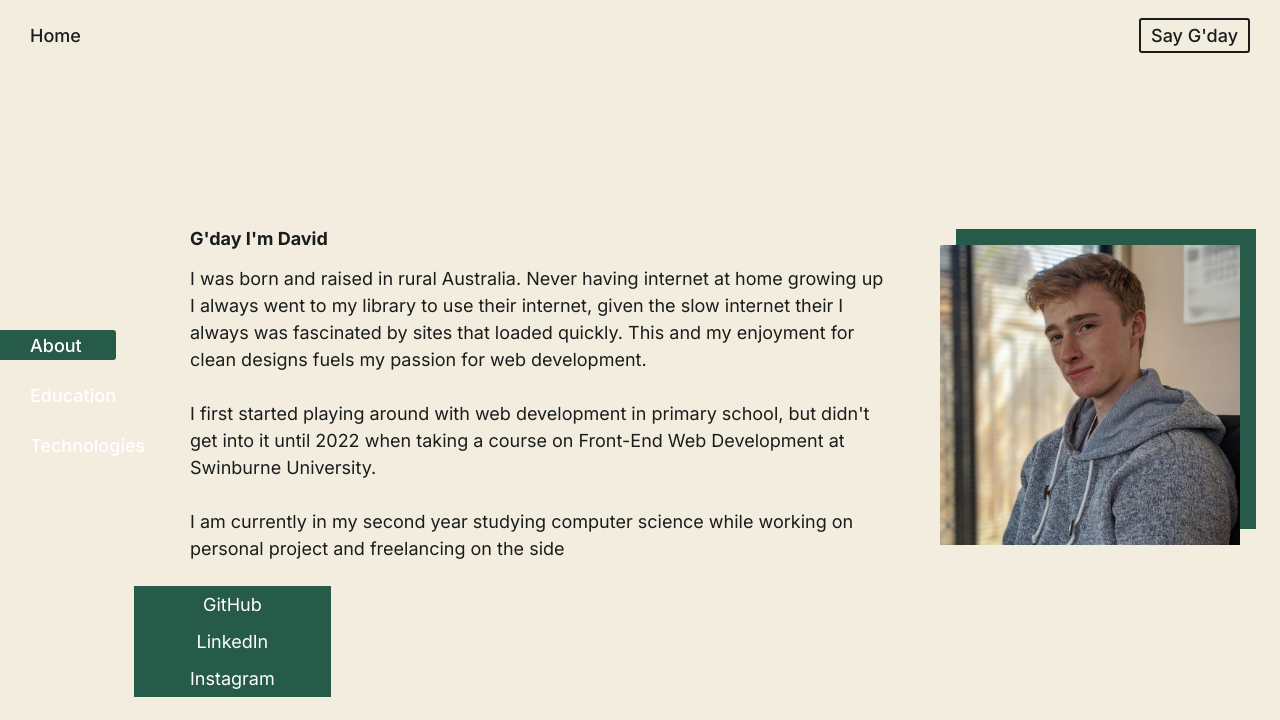
Repository: David-Waite/David-Waite-Portfolio
Page: /about
These files come from the project's save history. The page is drawn as it stood at one moment and after the next save; the edit follows.
The browser window is 1280 px wide. The pictures show the whole page.
The project was rebuilt for these pictures with package versions that can differ from the ones it lists, and the page was loaded fresh each time. The framework's server and built-in components were replaced by stand-ins that run in the browser. Also part of the build but not shown: next.config.js.

Above is the page before, as saved 2023-07-27 16:01:58.

### app/layout.tsx
import "./globals.css";
import type { Metadata } from "next";
import { Inter } from "next/font/google";
import NavBar from "./components/Nav/NavBar/NavBar";

const inter = Inter({ subsets: ["latin"] });

export const metadata: Metadata = {
  title: "David Waite | Web Developer",
  description: `David Waite. Web Developer. I like to create simple clean websites that gets the user to where they wanna go without the clutter.`,
};

export default function RootLayout({
  children,
}: {
  children: React.ReactNode;
}) {
  return (
    <html lang="en">
      <body className={inter.className}>
        <NavBar />
        {children}
      </body>
    </html>
  );
}

### app/about/page.tsx
import AboutMain from "../components/About/AboutMain";

import { Metadata, NextPage } from "next/types";

export const metadata: Metadata = {
  title: "David Waite | About ",
};

export default function About() {
  return (
    <div>
      <AboutMain />
    </div>
  );
}

### app/globals.css
:root {
  --primary: #255b48;
  --black: #191d1b;
  --background: #f3eddf;
  --white: #ffffff;
  --grey: #606060;
  --error: #a83c23;
}

.paragraph {
  font-size: 18px;
  font-style: normal;
  font-weight: 400;
  line-height: 25.2px;
  color: var(--black);
}

body {
  background-color: var(--background);
}

* {
  padding: 0;
  margin: 0;
  box-sizing: border-box;
}

### app/components/Nav/NavBar/NavBar.tsx
"use client";
import NavButton from "../NavButton/NavButton";
import styles from "./navBar.module.css";
import { usePathname } from "next/navigation";

import Link from "next/link";

export default function NavBar() {
  const currentRoute = usePathname();

  return (
    <nav className={styles.container}>
      <Link
        className={styles.link}
        href={`./${currentRoute === "/" ? "about" : "/"}`}
      >
        {currentRoute === "/" ? "About" : "Home"}
      </Link>

      {currentRoute !== "/contact" && <NavButton />}
    </nav>
  );
}

### app/components/About/AboutMain.tsx
"use client";

import Image from "next/image";
import styles from "./About.module.css";

import { useState } from "react";
import Menu from "./Menu/Menu";

export default function AboutMain() {
  const [selected, setSelected] = useState({
    about: true,
    education: false,
    technologies: false,
  });

  function handleClick(select: string) {
    setSelected(() => {
      return {
        about: select === "about" ? true : false,
        education: select === "education" ? true : false,
        technologies: select === "technologies" ? true : false,
      };
    });
  }

  const AboutText = (
    <>
      <h1 id="aboutHeading">G&apos;day I&apos;m David</h1>
      <p className={styles.description}>
        I was born and raised in rural Australia. Never having internet at home
        growing up I always went to my library to use their internet, given the
        slow internet their I always was fascinated by sites that loaded
        quickly. This and my enjoyment for clean designs fuels my passion for
        web development.
        <br />
        <br /> I first started playing around with web development in primary
        school, but didn&apos;t get into it until 2022 when taking a course on
        Front-End Web Development at Swinburne University.
        <br />
        <br /> I am currently in my second year studying computer science while
        working on personal project and freelancing on the side
      </p>
    </>
  );

  const EducationText = (
    <>
      <h1 id="aboutHeading">My Education</h1>
      <ul className={`${styles.description} ${styles.descriptionList} `}>
        <li>
          CT50220 Dimploma of Information Technology (Front End Web Development)
          | 2022
        </li>
        <li>BA-CS Bachelor of Computer Science | 2023 - current</li>
        <li>Front end developer career path (72hrs) | Scrimba (online)</li>
        <li>
          React Native - The Practical Guide 2022 (26hrs) | Udemy (online)
        </li>
        <li>
          C# Basics for Beginners: Learn C# Fundamentals by Coding (6hrs) |
          Udemy (online)
        </li>
        <li>
          C# Intermediate: Classes, Interfaces and OOP (6hrs) | Udemy (online)
        </li>
      </ul>
    </>
  );
  const TechnologiesText = (
    <>
      <h1 id="aboutHeading">What I&apos;m confortable with</h1>
      <ul className={`${styles.description} ${styles.descriptionList} `}>
        <li>HTML</li>
        <li>CSS</li>
        <li>Next.Js</li>
        <li>Contentful</li>
        <li>React.Js</li>
        <li>JavaScript</li>
        <li>C#</li>
      </ul>
    </>
  );

  let textContent;

  if (selected.about) {
    textContent = AboutText;
  }
  if (selected.technologies) {
    textContent = TechnologiesText;
  }
  if (selected.education) {
    textContent = EducationText;
  }
  return (
    <main className={styles.container}>
      <Menu selected={selected} onClick={handleClick} mobile={false} />
      <div className={styles.content}>
        <div className={styles.textContainer}>
          <div className={styles.paragraphContainer}>{textContent}</div>
          <div className={`${styles.desktopLink} ${styles.links}`}>
            <a href="https://github.com/David-Waite" target="_blank">
              GitHub
            </a>
            <a href="www.linkedin.com/in/davidwaitedev" target="_blank">
              LinkedIn
            </a>
            <a href="https://www.instagram.com/david__waite/" target="_blank">
              Instagram
            </a>
          </div>
        </div>

        <div className={styles.imageContainer}>
          <Image
            src="/aboutMe.jpg"
            fill={true}
            alt="David"
            priority
            blurDataURL="data:[embedded picture, 1451 characters]"
            placeholder="blur"
          />
        </div>
      </div>
      <div className={styles.moblieLinkContainer}>
        <Menu selected={selected} onClick={handleClick} mobile={true} />
        <div className={`${styles.moblieLink} ${styles.links}`}>
          <a href="https://github.com/David-Waite" target="_blank">
            GitHub
          </a>
          <a href="www.linkedin.com/in/davidwaitedev" target="_blank">
            LinkedIn
          </a>
          <a href="https://www.instagram.com/david__waite/" target="_blank">
            Instagram
          </a>
        </div>
      </div>
    </main>
  );
}

### app/components/Nav/NavButton/NavButton.tsx
import styles from "./navButton.module.css";

import Link from "next/link";

export default function NavButton() {
  return (
    <Link className={styles.container} href={"./contact"}>
      Say G&apos;day
    </Link>
  );
}

### app/components/Nav/NavBar/navBar.module.css
.container {
  display: flex;
  align-items: center;
  justify-content: space-between;
  height: 70px;
  padding: 0 30px;
}

.link {
  color: var(--black);
  text-decoration: none;
  font-size: 18px;
  font-weight: 500;
  cursor: pointer !important;
}

.link:hover {
  color: var(--grey);
}

@media (max-width: 768px) {
  .container {
    padding: 0 20px;
  }
}
@media (max-width: 425px) {
  .link {
    font-size: 16px;
  }
}

### app/components/About/About.module.css
.container {
  display: flex;
  height: calc(100vh - 70px);
  width: 100%;
  align-items: center;
  justify-content: center;
}

.content {
  position: relative;
  display: flex;
  align-items: center;
  gap: 200px;
}
.imageContainer {
  position: relative;
  width: 440px;
  height: 440px;
  box-shadow: var(--primary) 16px -16px 0px 0px;
}

.descriptionList {
  margin-left: 32px;
  margin-right: -32px;
}
.content h1 {
  color: var(--black);
  font-size: 18px;
  font-weight: 700;
  margin-bottom: 16px;
}
.description {
  color: var(--black);
  font-size: 18px;
  font-weight: 400;
  height: 297px;
  width: 740px;

  line-height: 27px;
}

.links {
  margin-top: 24px;
  position: absolute;
  left: -56px;
  padding: 0 56px;
  background-color: var(--primary);
  display: flex;
  align-items: center;
  flex-direction: column;
}
.mobileLink {
  display: none;
}
.links a {
  cursor: pointer !important;
  color: var(--white);
  text-decoration: none;
  font-size: 18px;
  margin: 8px 0;
}

.container hr {
  width: 100%;
  display: none;
}
.links a:hover {
  color: var(--grey);
}

.moblieLink {
  display: none;
}
@media (max-width: 2000px) {
  .content {
    gap: 100px;
  }
}
@media (max-width: 1850px) {
  .imageContainer {
    width: 350px;
    height: 350px;
  }
}

@media (max-width: 1750px) {
  .imageContainer {
    width: 350px;
    height: 350px;
    margin-right: -50px;
  }
}

@media (max-width: 1650px) {
  .description {
    width: 700px;
  }
}

@media (max-width: 1550px) {
  .imageContainer {
    margin-right: -100px;
    width: 300px;
    height: 300px;
  }
}

@media (max-width: 1450px) {
  .imageContainer {
    margin-right: -150px;
    width: 300px;
    height: 300px;
  }
}

@media (max-width: 1350px) {
  .content {
    gap: 50px;
  }
}
@media (max-width: 1250px) {
  .description {
    width: 625px;
  }
}

@media (max-width: 1200px) {
  .desktopLink {
    display: none;
  }
  .moblieLink {
    display: flex;
  }
  .container {
    padding: 20px;
    margin-top: 40px;
    display: block;
    height: 500px;
  }

  .description {
    margin-right: 16px;
    width: 100%;
    max-width: 761px;
    height: 300px;
  }
  .descriptionList {
    margin-left: 16px;
    margin-right: 0px;
  }
  .content {
    justify-content: space-between;
  }
  .imageContainer {
    min-width: 300px;
    margin-right: 0px;
    margin-top: 20px;
    width: 200px;
    height: 200px;
    min-width: 200px;
    align-self: flex-start;
  }
  .links {
    position: static;
    width: 200px;
    margin-left: auto;
  }
  .moblieLinkContainer {
    margin-top: 40px;
    display: flex;
  }
}

@media (max-width: 850px) {
  .description {
    height: 380px;
  }
}

@media (max-width: 768px) {
  .content {
    flex-direction: column;
    gap: 40px;
  }
  .imageContainer {
    align-self: center;
  }
  .description {
    height: auto;
  }
  .textContainer {
    align-self: flex-start;
  }
  .moblieLinkContainer {
    align-items: center;
    justify-content: space-between;
    height: 134px;
  }
  .links {
    margin: 0;
    margin-right: -20px;
    width: 100px;
  }
}

@media (max-width: 425px) {
  .links a,
  .content h1,
  .description {
    font-size: 16px;
  }
}

### app/components/About/Menu/Menu.tsx
"use client";
import { CSSProperties, useState } from "react";
import styles from "./menu.module.css";
export default function Menu(props: {
  onClick: any;
  selected: any;
  mobile: boolean;
}) {
  function handleClick(select: string) {
    props.onClick(select);
  }

  const selectedBackground: any = {
    left: "0px",
  };
  const selectedP: any = {
    color: "white",
  };

  return (
    <div
      className={`${styles.menu} ${
        props.mobile === true ? styles.moblie : styles.desktop
      }`}
      id="menu"
    >
      <div
        className={`${styles.linkContainer} ${styles.about}`}
        onClick={() => handleClick("about")}
      >
        <div
          className={styles.aboutBackground}
          style={Object.assign(props.selected.about && selectedBackground)}
        ></div>
        <p style={Object.assign(props.selected.about && selectedP)}>
          <a href="/about#aboutHeading">About</a>
        </p>
      </div>
      <br />
      <div
        className={`${styles.linkContainer} ${styles.education}`}
        onClick={() => handleClick("education")}
      >
        <div
          className={styles.educationBackground}
          style={Object.assign(props.selected.education && selectedBackground)}
        ></div>
        <p style={Object.assign(props.selected.education && selectedP)}>
          <a href="/about#aboutHeading">Education</a>
        </p>
      </div>
      <br />
      <div
        className={`${styles.linkContainer} ${styles.technologies}`}
        onClick={() => handleClick("technologies")}
      >
        <div
          className={styles.technologiesBackground}
          style={Object.assign(
            props.selected.technologies && selectedBackground
          )}
        ></div>
        <p style={Object.assign(props.selected.technologies && selectedP)}>
          <a href="/about#aboutHeading">Technologies</a>
        </p>
      </div>
    </div>
  );
}

### app/components/Nav/NavButton/navButton.module.css
.container {
  border: 2px solid var(--black);
  color: var(--black);
  font-weight: 500;
  border-radius: 3px;
  font-size: 18px;
  padding: 5px 10px;
  transition: 0.3s;
  text-decoration: none;
  cursor: pointer !important;
}

.container:hover {
  background-color: var(--primary);
  color: var(--white);
}

@media (max-width: 425px) {
  .container {
    font-size: 16px;
  }
}

### app/components/About/Menu/menu.module.css
.menu {
  position: absolute;
  left: 0;
  font-size: 18px;
  font-weight: 500;
}

.menu div {
  display: flex;
  align-items: center;
}

.linkContainer {
  position: relative;
}
.linkContainer p {
  position: relative;
  cursor: pointer !important;
  color: var(--black);
}

.aboutBackground,
.educationBackground,
.technologiesBackground {
  position: absolute;
  background-color: var(--primary);
  left: 0;
  height: 30px;
  border-radius: 0 3px 3px 0;
  transition: 0.3s ease-in;
}
.about {
  width: 116px;
}
.aboutBackground {
  width: 116px;
  left: -116px;
}
.about:hover .aboutBackground {
  left: 0;
}

.education {
  width: 148px;
}
.educationBackground {
  width: 148px;
  left: -148px;
}
.education:hover .educationBackground {
  left: 0;
}

.technologies {
  width: 175px;
}
.technologiesBackground {
  width: 175px;
  left: -175px;
}
.technologies:hover .technologiesBackground {
  left: 0;
}

.menu p {
  top: 0;
  padding: 4px 30px;

  transition: 0.3s;
}

.selected {
  border-radius: 0 3px 3px 0;
  color: var(--white);
  background: rgb(37, 91, 72);
}

.linkContainer p a {
  text-decoration: none;
  color: white;
}

.linkContainer p:hover {
  position: relative;
  color: var(--white);
}

.moblie {
  display: none;
}
@media (max-width: 1200px) {
  .menu {
    top: calc((100vh - 70px) / 2);
    z-index: 4;
  }
  .desktop {
    display: none;
  }

  .moblie {
    display: block;
    position: inherit;
    margin-left: -30px;
  }
}

After the next save:
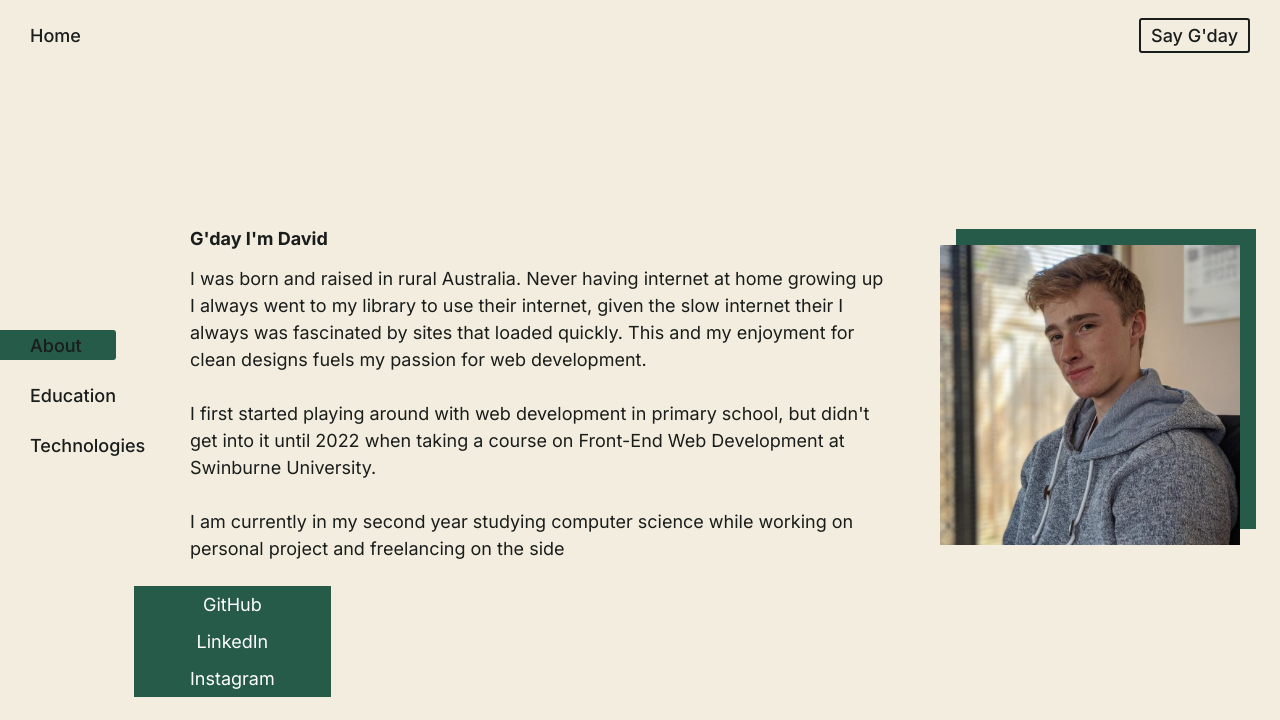
Saved 11 s later.
--- a/app/components/About/Menu/menu.module.css
+++ b/app/components/About/Menu/menu.module.css
@@ -77,7 +77,7 @@
 
 .linkContainer p a {
   text-decoration: none;
-  color: white;
+  color: var(--black);
 }
 
 .linkContainer p:hover {
